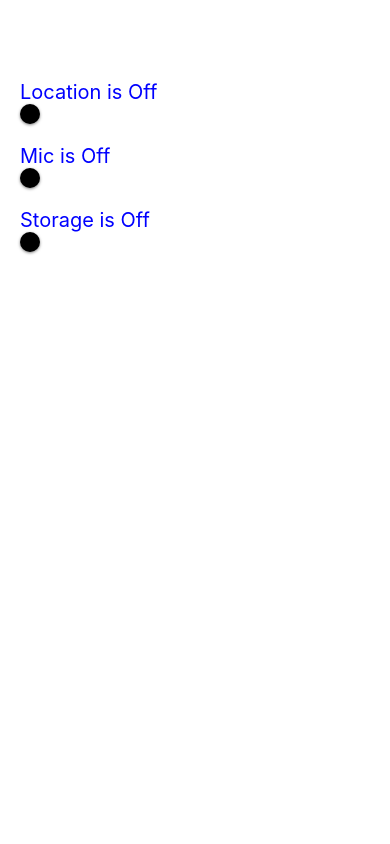
Repository: akinmiday/ReactNativeApp
Screen: /
An editor plug-in stored every save of this project. The screen is shown before and after the next save, followed by the edit.
The app was drawn by React Native's web renderer in a window 390 px wide. The project was rebuilt for these pictures with package versions that can differ from the ones it lists, and the page was loaded fresh each time.

Above is the screen before, as saved 2023-08-05 06:02:09.

### App.js
import { View, Switch, Text } from "react-native";
import styles from "./styles";
import { useState } from "react";
import CustomSwitch from "./CustomSwitch";

export default function App() {
  const { container, text } = styles;

  const [location, setLocation] = useState(false);
  const [mic, setMic] = useState(false);
  const [storage, setStorage] = useState(false);

  const toggleLocation = () => {
    setLocation((previousState) => !previousState);
  };

  const toggleMic = () => {
    setMic((previousState) => !previousState);
  };

  const toggleStorage = () => {
    setStorage((previousState) => !previousState);
  };

  return (
    <View style={container}>
      <Text style={text}>Location is {location ? "On" : "Off"}</Text>
      <CustomSwitch isEnabled={location} toggleSwitch={setLocation} />

      <Text style={text}>Mic is {mic ? "On" : "Off"}</Text>
      <CustomSwitch isEnabled={mic} toggleSwitch={setMic} />

      <Text style={text}>Storage is {storage ? "On" : "Off"}</Text>
      <CustomSwitch isEnabled={storage} toggleSwitch={setStorage} />
    </View>
  );
}

### styles.js
import { StyleSheet } from "react-native";

const styles = StyleSheet.create({
  container: {
    marginTop: 40,
    padding: 20,
    backgroundColor: "#fff",
    flex: 1,
  },
  input: {
    backgroundColor: "pink",
    marginTop: 20,
    padding: 20,
  },
  text: {
    fontSize: 20,
    color: "blue",
    marginTop: 20,
  },
});

export default styles;

### CustomSwitch.js
import { View, Switch } from "react-native";
import React from "react";
import styles from "./styles";

export default function CustomSwitch(props) {
  const { toggleSwitch, isEnabled } = props;
  return (
    <View>
      <Switch
        trackColor={{ fasle: "red", true: "green" }}
        thumbColor={"black"}
        ios_backgroundColor={"red"}
        onValueChange={toggleSwitch}
        value={isEnabled}
      />
    </View>
  );
}

After the next save:
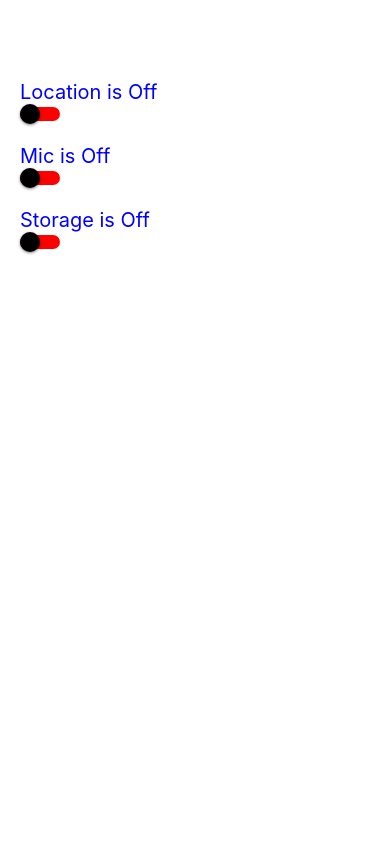
Saved 105 s later.
--- a/CustomSwitch.js
+++ b/CustomSwitch.js
@@ -7,7 +7,7 @@ export default function CustomSwitch(props) {
   return (
     <View>
       <Switch
-        trackColor={{ fasle: "red", true: "green" }}
+        trackColor={{ false: "red", true: "green" }}
         thumbColor={"black"}
         ios_backgroundColor={"red"}
         onValueChange={toggleSwitch}
